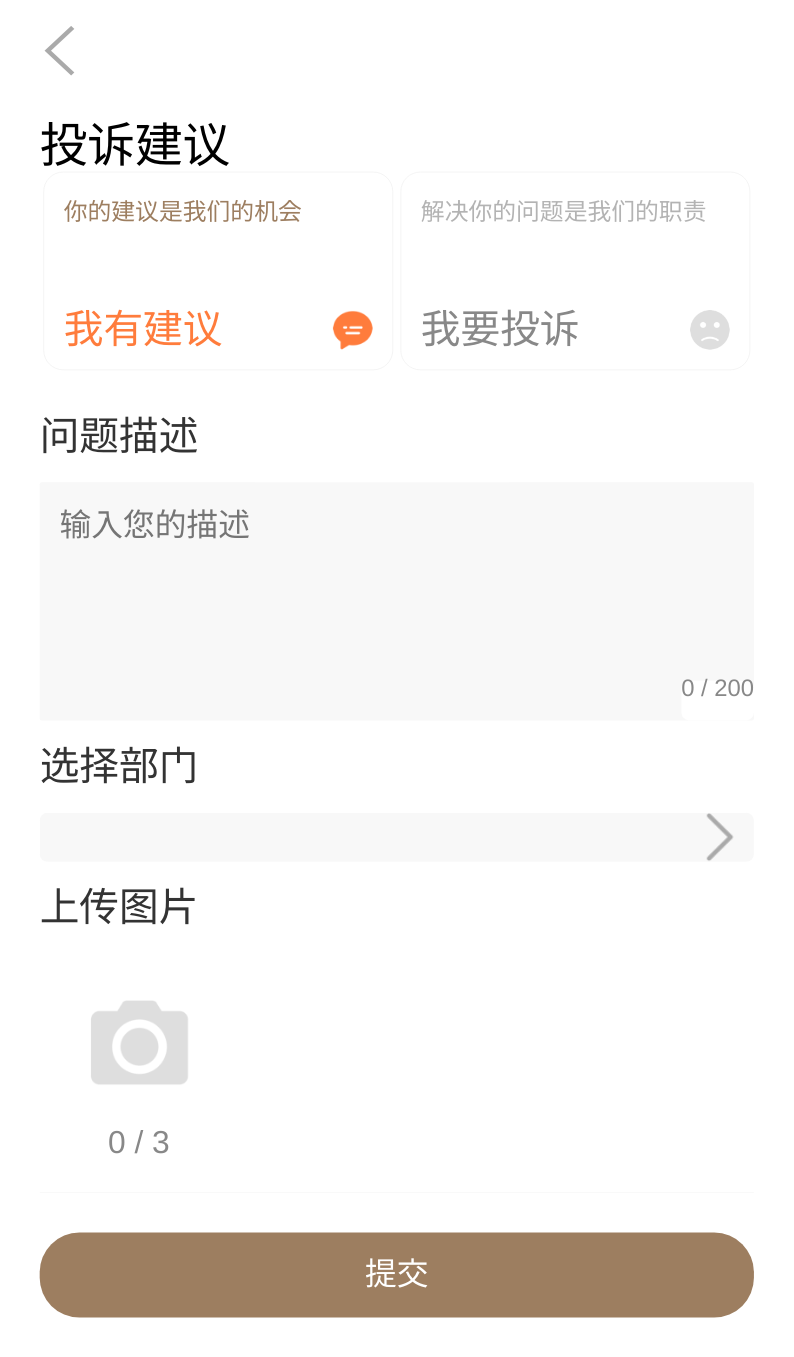
Repository: missing-star/rockBridge
Page: complaint.html
These files come from the project's save history. The page is drawn as it stood at one moment and after the next save; the edit follows.
The browser window is 1280 px wide. The pictures show the whole page, at 62% of full size.

Above is the page before, as saved 2019-04-19 10:51:10.

### complaint.html
<!DOCTYPE html>
<html lang="en">

<head>
    <meta charset="UTF-8">
    <meta name="viewport" content="width=device-width, initial-scale=1.0, user-scalable=no,maximum-scale=1.0">
    <meta http-equiv="X-UA-Compatible" content="ie=edge">
    <meta http-equiv="Expires" content="0">
    <meta http-equiv="Pragma" content="no-cache">
    <meta http-equiv="Cache-control" content="no-cache">
    <meta http-equiv="Cache" content="no-cache">
    <link rel="stylesheet" href="assets/mui/css/mui.min.css?v=1.1.0">
    <link rel="stylesheet" href="assets/mui/picker/css/mui.picker.min.css?v=1.1.0">
    <link rel="stylesheet" href="css/common.css?v=1.1.0">
    <link rel="stylesheet" href="css/complaint.css?v=1.1.0">
    <title>叠石桥</title>
    <!--
        意见投诉
    -->
</head>

<body>
    <div id="app">
        <header class="mui-bar mui-bar-nav">
            <i onclick="goBack()" class="mui-icon mui-icon-arrowleft"></i>
        </header>
        <div class="mui-content">
            <header class="packet-title">
                <p>投诉建议</p>
            </header>
            <!--大分类-->
            <div class="classify">
                <div data-type="proposal" class="classify-item active">
                    <p class="title">你的建议是我们的机会</p>
                    <div class="bottom-icon">
                        <span class="title">我有建议</span>
                        <img v-show="currentTab == 'proposal'" class="classify-icon" src="imgs/proposal-active.png" alt="">
                        <img v-show="currentTab == 'complaint'" class="classify-icon" src="imgs/proposal.png" alt="">
                    </div>
                </div>
                <div data-type="complaint" class="classify-item">
                    <p class="title">解决你的问题是我们的职责</p>
                    <div class="bottom-icon">
                        <span class="title">我要投诉</span>
                        <img v-show="currentTab == 'proposal'" class="classify-icon" src="imgs/complaint.png" alt="">
                        <img v-show="currentTab == 'complaint'" class="classify-icon" src="imgs/complaint-active.png"
                            alt="">
                    </div>
                </div>
            </div>
            <p class="title-ques">问题描述</p>
            <div class="question-desc">
                <textarea placeholder="输入您的描述" @input="limitLength" v-model="inputContent" name="" id="" cols="30" rows="10"></textarea>
                <span v-cloak class="amount">{{inputContent.length}} / 200</span>
            </div>
            <!-- <input v-model="selectedNumber" id="number-btn" readonly type="text" class="number-value arrow-right"> -->
            <p class="title-ques">选择部门</p>
            <div class="question-desc">
                <input id="number-btn" readonly type="text" class="number-value arrow-right">
            </div>
            <p class="title-upload">上传图片</p>
            <div class="repair-item upload">
                <div v-for="(item,index) in uploadedImgs" class="upload-item">
                    <img :src="item.src" alt="" class="upload-img-item">
                    <span @click="deleteImg(index)" class="delete-icon">
                    </span>
                </div>
                <div :class="{active:uploadedImgs.length < 3}" class="upload-item upload">
                    <div @click="uploadImg($event)" class="mask-click">
                        <input class="upload-input" hidden type="file" accept="image/*">
                    </div>
                    <img src="imgs/camera.png" alt="" class="camera">
                    <span v-cloak class="imgs-num">{{uploadedImgs.length}} / 3</span>
                </div>
            </div>
            <button @click="submitComplain" class="button-apply">
                提交
            </button>
        </div>
    </div>
    <script src="assets/vue/vue.min.js?v=1.0.2"></script>
    <script src="assets/jquery/jquery.min.js?v=1.0.2"></script>
    <script src="assets/mui/js/mui.min.js?v=1.0.2"></script>
    <script src="assets/mui/picker/js/mui.picker.js?v=1.0.2"></script>
    <script src="assets/mui/picker/js/mui.poppicker.js?v=1.0.2"></script>
    <script src="js/common.js?v=1.0.7.1"></script>
    <script src="js/complaint.js?v=1.0.3"></script>
</body>

</html>

### css/common.css
html,
body,
.mui-content {
    font-size: calc(100vw / 20);
    background: #ffffff;
}
*{
    word-break: break-all;
}
div.mui-content {
    padding: 1rem;
}

header.mui-bar.mui-bar-nav {
    background: #ffffff;
    -webkit-box-shadow: none;
            box-shadow: none;
}

nav.mui-bar.mui-bar-tab {
    background: #ffffff;
    -webkit-box-shadow: 0 0 6px 0 rgba(0, 0, 0, 0.15);
            box-shadow: 0 0 6px 0 rgba(0, 0, 0, 0.15);
}

nva.mui-bar-tab span.mui-tab-label {
    color: #9d7e60;
}

.mui-bar-tab .mui-tab-item.mui-active {
    color: #5f4831;
}

img.mui-icon.nav-bar-icon.active {
    display: inline;
}

img.mui-icon.nav-bar-icon {
    display: none;
}

p {
    margin: 0;
}

input[type=color],
input[type=date],
input[type=datetime-local],
input[type=datetime],
input[type=email],
input[type=month],
input[type=number],
input[type=password],
input[type=search],
input[type=tel],
input[type=text],
input[type=time],
input[type=url],
input[type=week],
select,
textarea {
    margin-bottom: 0;
    width: auto;
    height: auto;
    border: none;
    -webkit-box-flex: 1;
        -ms-flex: 1;
            flex: 1;
    font-size: 0.8rem;
}

input::-webkit-input-placeholder {
    color: #c2c2c2;
}

nav.mui-bar.mui-bar-tab a.mui-tab-item {
    -ms-touch-action: none;
        touch-action: none;
    height: 100%;
}

nav.mui-bar.mui-bar-tab {
    height: 3rem;
}

.mui-bar-tab .mui-tab-item .mui-icon {
    top: 3px;
    width: 1.2rem;
    height: 1.2rem;
    padding-top: 0;
    padding-bottom: 0;
    margin-bottom: 0.1rem;
}

.mui-bar-tab .mui-tab-item .mui-icon~.mui-tab-label {
    font-size: 0.5rem;
    line-height: 1rem;
}

.mui-bar-tab~.mui-content {
    padding-top: 2.5rem;
    padding-bottom: 3rem;
}

button.submit {
    background: #9d7e60;
    width: 100%;
    border: none;
    border-radius: 1rem;
    font-size: 1rem;
    line-height: 1rem;
    color: #fff;
    margin-top: 1rem;
    height: 2rem;
}

button.mui-btn.mui-btn-blue.mui-poppicker-btn-ok,
button.mui-btn.mui-btn-blue {
    color: #ff8b16;
    background: transparent;
    border: none;
    font-size: 1rem;
}

.mui-poppicker-header,
.mui-dtpicker-header {
    border-radius: 0.3rem 0.3rem 0 0;
}

button.mui-btn.mui-poppicker-btn-cancel,
.mui-dtpicker-header button {
    color: #aaaaaa;
    border: none;
    background: transparent;
    font-size: 1rem;
}

button.mui-btn.mui-poppicker-btn-cancel>img,
.mui-dtpicker-header button>img {
    width: 1rem;
}

.mui-picker-inner,
.mui-picker {
    background: #fcfcfc;
    -webkit-mask-box-image: none;
    border-radius: 0 0 0.3rem 0.3rem;
}

.mui-poppicker-body {
    border: none;
    border-radius: 0 0 0.3rem 0.3rem;
}

button.mui-btn {
    color: #aaaaaa;
    border-color: #aaaaaa;
}

.mui-dtpicker-header {
    background: #ffffff;
}

.mui-dtpicker-title h5 {
    display: none;
}

span.mui-popup-button.mui-popup-button-bold {
    color: #FF8B16;
}

span.mui-popup-button {
    color: #aaaaaa;
}

[v-cloak] {
    display: none !important;
}

.mui-poppicker.mui-active,
.mui-dtpicker.mui-active {
    margin: 0.5rem;
    width: calc(100% - 1rem);
    border-radius: 0.3rem;
}

.popicker-title,
.dt-popicker-title {
    -webkit-box-flex: 1;
        -ms-flex: 1;
            flex: 1;
    text-align: center;
    font-size: 1rem;
    color: #000000;
}

.mui-poppicker-header,
.mui-dtpicker-header {
    display: -webkit-box;
    display: -ms-flexbox;
    display: flex;
    -webkit-box-align: center;
        -ms-flex-align: center;
            align-items: center;
    -webkit-box-pack: justify;
        -ms-flex-pack: justify;
            justify-content: space-between;
    background: #eeeeee;
}

.mui-pciker-list li {
    color: #b19c88;
}

.mui-pciker-list li.highlight {
    color: #5f4831;
}

.mui-pciker-rule-ft {
    z-index: 2;
    border-top: solid 1px #ced7de;
    border-bottom: solid 1px #ced7de;
}


input::-webkit-outer-spin-button,
input::-webkit-inner-spin-button {

    -webkit-appearance: none !important;
}

input[type="number"] {
    -moz-appearance: textfield;
}

### css/complaint.css
header.mui-bar.mui-bar-nav {
    height: 2.5rem;
    padding: 0 1rem;
    display: -webkit-box;
    display: -ms-flexbox;
    display: flex;
    -webkit-box-align: center;
        -ms-flex-align: center;
            align-items: center;
}

.mui-bar-nav~.mui-content {
    padding-top: 2.5rem;
}

header.packet-title {
    display: -webkit-box;
    display: -ms-flexbox;
    display: flex;
    -webkit-box-align: center;
        -ms-flex-align: center;
            align-items: center;
    -webkit-box-pack: justify;
        -ms-flex-pack: justify;
            justify-content: space-between;
    margin-top: 1rem;
}

header.packet-title>p:first-child {
    color: #000000;
    font-size: 1.2rem;
}

.mui-bar-nav.mui-bar .mui-icon {
    margin-left: -0.5rem;
    padding: 0;
    font-size: 2rem;
    color: #AAAAAA;
}
button.button-apply {
    width: 100%;
    background:#9D7E60;
    border: none;
    border-radius: 1rem;
    padding: 0.5rem;
    font-size: 0.8rem;
    color: #fff;
    margin-top: 1rem;
}
button.submit-repair.submit-repair{
    background: #9d7e60;
}
.classify {
    margin-top: 1rem;
    display: -webkit-box;
    display: -ms-flexbox;
    display: flex;
    -webkit-box-align: center;
        -ms-flex-align: center;
            align-items: center;
    -ms-flex-pack: distribute;
        justify-content: space-around;
    height: 4rem;
    margin-bottom: 1rem;
}
.classify-item span.title {
    color: #888888;
    font-size: 1rem;
    line-height: 1rem;
}
.classify-item.active span.title{
    color: #ff7c3c;
}
.ques-item span.checkbox {
    border-radius: 0.1rem;
    background-color:#dedede;
    background-image: url(../imgs/checked.png);
    background-repeat: no-repeat;
    background-size: 0.8rem;
    background-position: center center;
    width: 1rem;
    height: 1rem;
    display: block;
    margin-right: 0.8rem;
}
.classify-item {
    position: relative;
    display: -webkit-box;
    display: -ms-flexbox;
    display: flex;
    -webkit-box-orient: vertical;
    -webkit-box-direction: normal;
        -ms-flex-direction: column;
            flex-direction: column;
    -webkit-box-pack: justify;
        -ms-flex-pack: justify;
            justify-content: space-between;
    position: relative;
    border: 1px solid rgba(237,237,237,1);
    border-radius: 0.5rem;
    width: 49%;
    height: 5rem;

}
.ques-item.active span.checkbox {
    background-color: #ff7c3c;
}
.ques-item.active p{
    color: #ff7c3c;
}
.mask-click,.mask-click-sub {
    position: absolute;
    left: 0;
    top: 0;
    width: 100%;
    height: 100%;
    background: transparent;
}
.ques-classify {
    display: none;
}
.ques-classify.active{
    display: -webkit-box;
    display: -ms-flexbox;
    display: flex;
}
.classify.sub>.classify-item {
    margin-bottom: 1.5rem;
}
p.classify-title,p.title-upload,p.title-ques {
    color: #333;
    font-size: 1rem;
    padding: 1rem 0;
}
.question-desc {
    position: relative;
}
p.title {
    border-bottom: 1px solid #f6f6f6;
    padding: 0.5rem;
    font-size: 0.8rem;
    line-height: 1rem;
    color: #333333;
}
textarea {
    width: 100%;
    height: 6rem;
}
textarea {
    width: 100%;
    height: 6rem;
    font-size: 0.8rem;
    line-height: 1.2rem;
    padding: 0.5rem;
    color: #888888;
    background: #F8F8F8;
    padding-bottom: 1rem;
}
textarea::-webkit-scrollbar{
    width: 0;
    height: 0;
}
span.amount {
    display: block;
    text-align: right;
    color: #888888;
    font-size: 0.6rem;
    position: absolute;
    bottom: 0;
    right: 0;
    background: #ffffff;
    height: 1rem;
    border-radius: 0.2rem;
}
.upload-container {
    position: relative;
    background: url(../imgs/camera.png) no-repeat;
    width: 20vw;
    height: 20vw;
    background-size: 80%;
    background-position: center;
}
.mask-upload {
    position: absolute;
    background: transparent;
    width: 100%;
    height: 100%;
}
img.upload-img {
    width: 100%;
    height: 100%;
}
.upload-container.no-bg {
    background: none;
}
img.classify-icon {
    width: 1rem;
}

.classify-item>p.title{
    font-size: 0.6rem;
    line-height: 1rem;
    color: #b3b3b3;
    border: none;
    white-space: nowrap;
    overflow: hidden;
    text-overflow: ellipsis;
}
.classify-item.active>p.title {
    color: #9D7E60;
}
.bottom-icon {
    display: -webkit-box;
    display: -ms-flexbox;
    display: flex;
    -webkit-box-align: center;
        -ms-flex-align: center;
            align-items: center;
    -webkit-box-pack: justify;
        -ms-flex-pack: justify;
            justify-content: space-between;
    padding: 0.5rem;
    font-size: 1rem;
}
ul.ques-classify.active {
    margin: 0;
    list-style: none;
    padding: 0 1rem;
    display: -webkit-box;
    display: -ms-flexbox;
    display: flex;
    -webkit-box-align: center;
        -ms-flex-align: center;
            align-items: center;
    -webkit-box-pack: justify;
        -ms-flex-pack: justify;
            justify-content: space-between;
    -ms-flex-wrap: wrap;
        flex-wrap: wrap;
}
li.ques-item {
    display: -webkit-box;
    display: -ms-flexbox;
    display: flex;
    -webkit-box-align: center;
        -ms-flex-align: center;
            align-items: center;
    width: 50%;
    margin-bottom: 1.5rem;
}
div.repair-item {
    border-bottom: 1px solid #f6f6f6;
    padding: 0.5rem 0;
    display: -webkit-box;
    display: -ms-flexbox;
    display: flex;
    -webkit-box-align: center;
        -ms-flex-align: center;
            align-items: center;
}
.upload-item.upload.active {
    display: -webkit-box;
    display: -ms-flexbox;
    display: flex;
}
.upload-item.upload {
    display: none;
}
.upload-item {
    position: relative;
    width: 25vw;
    height: 25vw;
    display: -webkit-box;
    display: -ms-flexbox;
    display: flex;
    -webkit-box-align: center;
        -ms-flex-align: center;
            align-items: center;
    -webkit-box-orient: vertical;
    -webkit-box-direction: normal;
        -ms-flex-direction: column;
            flex-direction: column;
    -ms-flex-pack: distribute;
        justify-content: space-around;
    margin-right: 5vw;
}
.mask-click {
    position: absolute;
    width: 100%;
    height: 100%;
    background: transparent;
    z-index: 1;
}
img.camera {
    width: 50%;
}
span.imgs-num {
    font-size: 0.8rem;
    color: #888888;
}
.upload-img-item {
    width: 100%;
    height: 100%;
}
span.delete-icon {
    background-color: #f52d1e;
    display: block;
    width: 1rem;
    height: 1rem;
    position: absolute;
    right: -0.5rem;
    top: -0.5rem;
    border-radius: 50%;
    background-image: url(../imgs/delete-icon.png);
    background-repeat: no-repeat;
    background-size: 0.5rem;
    background-position: center;
}
input#number-btn {
    background: #F8F8F8;
    border-radius: 0.2rem;
    width: 100%;
    background-image: url(../imgs/arrow-right.png);
    background-repeat: no-repeat;
    background-size: 0.7rem;
    background-position: 97%;
}

### js/common.js
//保存用户还是商家版的变量 currentRole:[Number 0| Number 1] 0:user 1:business
if (!parseInt(sessionStorage.getItem('currentRole'))) {
    sessionStorage.setItem('currentRole', 0);
}
//用户是否可以切换角色
if (!sessionStorage.getItem('switchRole')) {
    sessionStorage.setItem('switchRole', 0);
}


function pageLink(url) {
    mui.openWindow({
        url: url
    })
}
//返回
function goBack() {
    window.history.go(-1);
}

mui('body').on('tap', 'a', function () {
    if (this.href != 'javascript:;') {
        mui.openWindow({
            url: this.href
        });
    }
});

//解析url参数
function getParams() {
    var list = location.search.substring(1).split('&');
    var param = {};
    list.forEach(function (value, index) {
        var temp = value.split('=');
        param[temp[0]] = temp[1];
    });
    return param;
}

//域名
var rootUrl = 'http://dieshiqiao.pzhkj.cn';

//将时间戳转换为时间（年-月-日）
function transformTime(timeStat,flag) {
    var date = new Date(parseInt(timeStat * 1000));
    var year = date.getFullYear();
    var month = date.getMonth() + 1;
    if (month < 10) {
        month = '0' + month;
    }
    var day = date.getDate();
    if (day < 10) {
        day = '0' + day;
    }
    var hour = date.getHours();
    if(hour < 10) {
        hour = '0' + hour;
    }
    var minute = date.getMinutes();
    if(minute < 10) {
        minute = '0' + minute;
    }
    var second = date.getSeconds();
    if(second < 10) {
        second = '0' + second;
    }
    if(flag) {
        return year + '-' + month + '-' + day + ' ' + hour + ':' + minute + ':' +second;
    }
    return year + '-' + month + '-' + day;
}

function replaceSpace(str) {
    //替换空格
    return str.replace(/\s+/g, "");
}

function validatePhone(phone) {
    var regPhone = /^1\d{9}\d$/;
    return regPhone.test(phone);
}

function limitLength(str, min, max) {
    return str.substring(min, max);
}
//倒计时
function countTime(str) {
    //获取当前时间
    var date = new Date();
    var now = date.getTime();

    var createDate = new Date(str);

    var cre = createDate.getTime();

    //时间差

    var leftTime = cre - now;
    //定义变量 d,h,m,s保存倒计时的时间

    var d, h, m, s;

    if (leftTime >= 0) {
        d = Math.floor(leftTime / 1000 / 60 / 60 / 24);
        h = Math.floor(leftTime / 1000 / 60 / 60 % 24);
        m = Math.floor(leftTime / 1000 / 60 % 60);
        s = Math.floor(leftTime / 1000 % 60);
        return `${d}天${h}小时${m}分${s}秒`;
    } else {
        return '';
    }
}

function validateUser() {
    if (sessionStorage.getItem('user') && sessionStorage.getItem('user') != `""`) {
        return true;
    } else {
        return false;
    }
}

function validateUserPhone() {
    if (JSON.parse(sessionStorage.getItem('user')).users.phone) {
        return true;
    } else {
        return false;
    }
}

function sortByPro(pro, flag) {
    //flag:true=>升序 false:降序
    return function (a, b) {
        return function (a, b) {
            return flag ? a[prop] - b[prop] : b[prop] - a[prop];
        }
    }
}

/**
 * 获得历史搜索记录
 */

 function getSearchHistory() {
     var result = [];
     $.ajax({
         url:`${rootUrl}/index/api/getSerachLog`,
         async:false,
         type:'post',
         success:function(data) {
            result = data.result.map(function(item,i) {
                return item.keywords;
            });
         },
         error:function() {
             mui.toast('服务器异常');
         }
     });
     return result;
 }

 function goLogin(type) {
     if(type == 1) {
         //维修员
        mui.openWindow({
            url:`${rootUrl}/index/api/getWxLogin`
        });
        }
     else {
         //商户
        mui.openWindow({
            url:`${rootUrl}/index/api/getWxRepairmanLogin`
        });
     }
 }


function getUserInfo() {
    $.ajax({
        url: `${rootUrl}/index/api/getMyCenter`,
        type: 'post',
        async: false,
        datType: 'json',
        success: function (data) {
            if (data.status == 1) {
                sessionStorage.setItem('user', JSON.stringify(data.result));
                userData = data.result;
                if (data.result.shop_id > 0) {
                    sessionStorage.setItem('switchRole', 1);
                } else {
                    sessionStorage.setItem('switchRole', 0);
                }
            } else if (data.status == 202) {
                goLogin();
            }
        },
        error: function () {
            mui.toast('服务器异常！');
        }
    })
}

Loaded but not shown: assets/mui/css/mui.min.css (library); assets/mui/picker/css/mui.picker.min.css (library); assets/vue/vue.min.js (library); assets/jquery/jquery.min.js (library); assets/mui/js/mui.min.js (library); assets/mui/picker/js/mui.picker.js (389 lines, source omitted); js/complaint.js (152 lines, source omitted); assets/mui/picker/js/mui.poppicker.js (163 lines, source omitted)

After the next save:
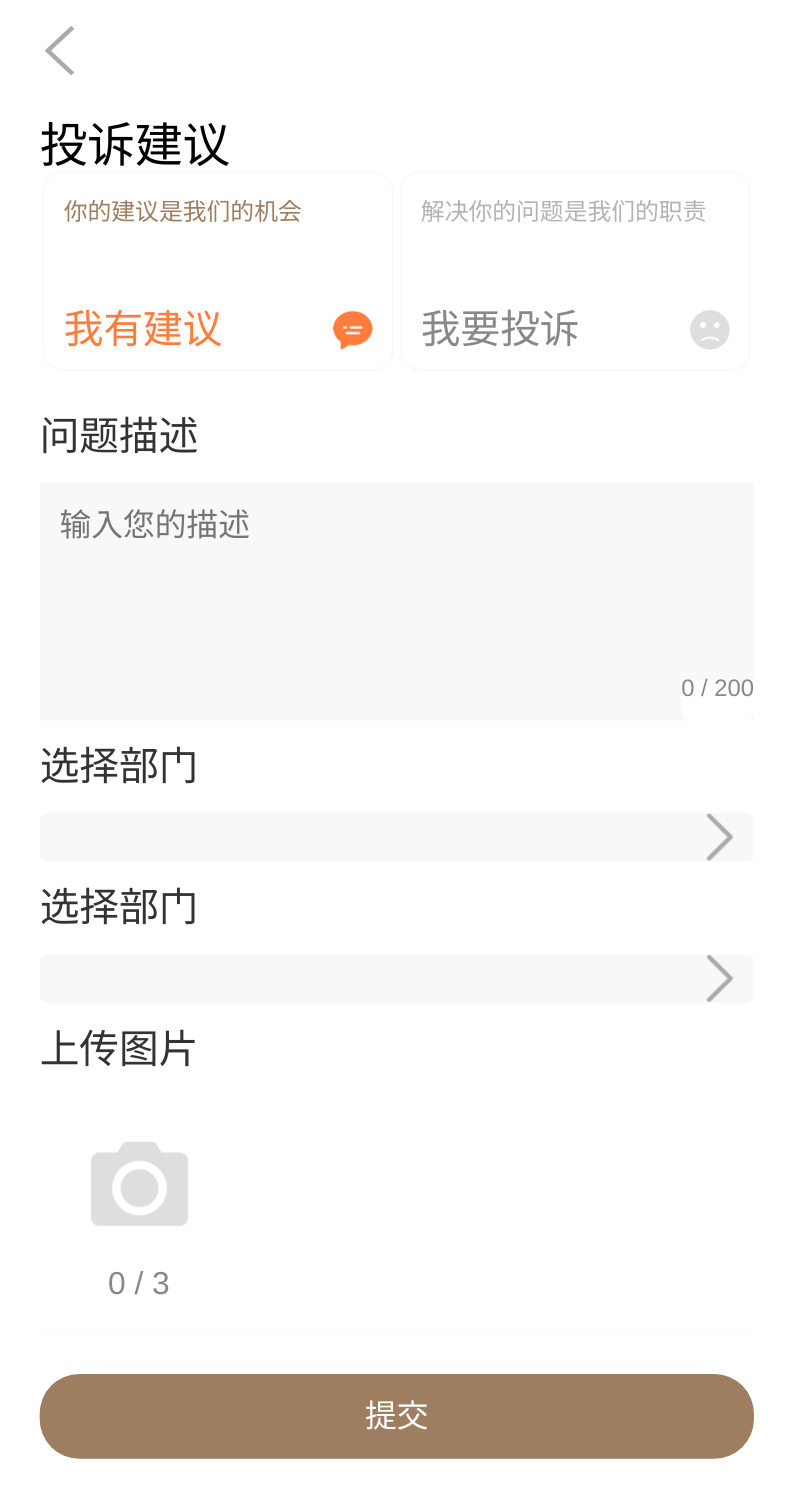
Saved 22 s later.
--- a/complaint.html
+++ b/complaint.html
@@ -58,6 +58,10 @@
             <div class="question-desc">
                 <input id="number-btn" readonly type="text" class="number-value arrow-right">
             </div>
+            <p class="title-ques">选择部门</p>
+            <div class="question-desc">
+                <input id="number-btn" readonly type="text" class="number-value arrow-right">
+            </div>
             <p class="title-upload">上传图片</p>
             <div class="repair-item upload">
                 <div v-for="(item,index) in uploadedImgs" class="upload-item">
